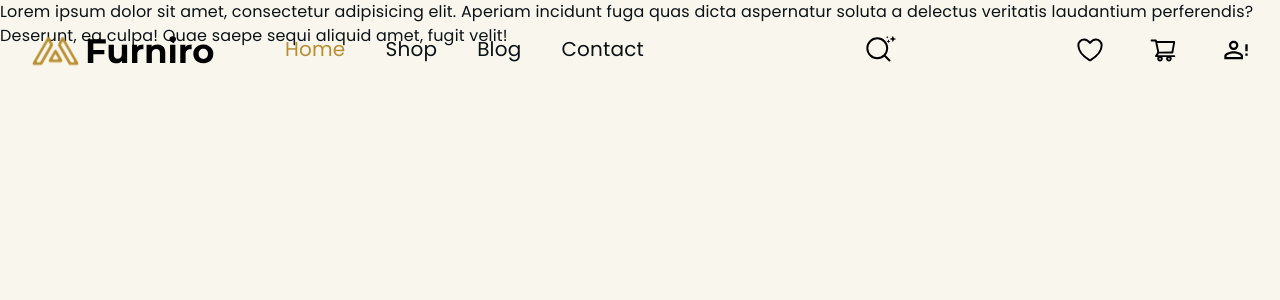
Repository: binhphanbp/furniro-interior_website
Page: index.html
The author's editor kept a copy of each file at every save. The page is drawn from the files as they stood at one save, then again after the next save.
The browser window is 1280 px wide. The pictures show the whole page.

Above is the page before, as saved 2025-02-19 23:47:59.

After the next save:
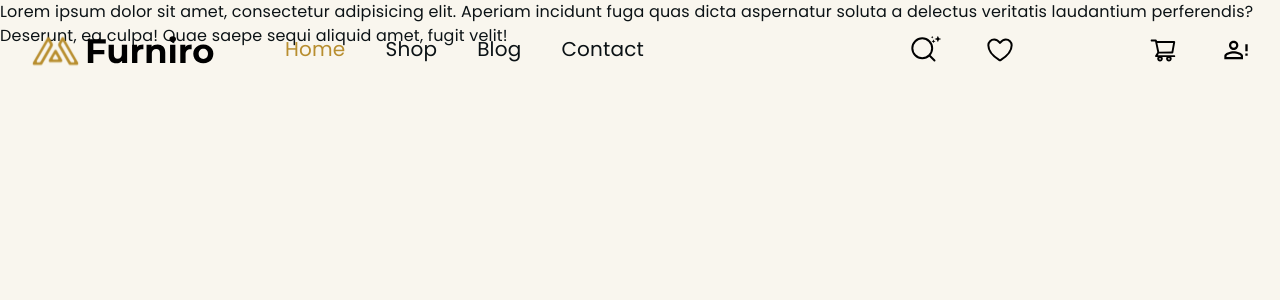
Saved 5 s later.
--- a/index.html
+++ b/index.html
@@ -47,13 +47,14 @@
               <img src="./icons/icon-search.svg" alt="icon-search" />
             </a>
           </li>
-          <li class="header__icons-item"></li>
+          <li class="header__icons-item">
+            <a href="#">
+              <img src="./icons/icon-heart.svg" alt="icon-heart" />
+            </a>
+          </li>
           <li class="header__icons-item"></li>
           <li class="header__icons-item"></li>
 
-          <a href="#">
-            <img src="./icons/icon-heart.svg" alt="icon-heart" />
-          </a>
           <a href="#"> <img src="./icons/icon-cart.svg" alt="icon-cart" /></a>
           <a href="#">
             <img src="./icons/icon-account-alert.svg" alt="icon-account" />
